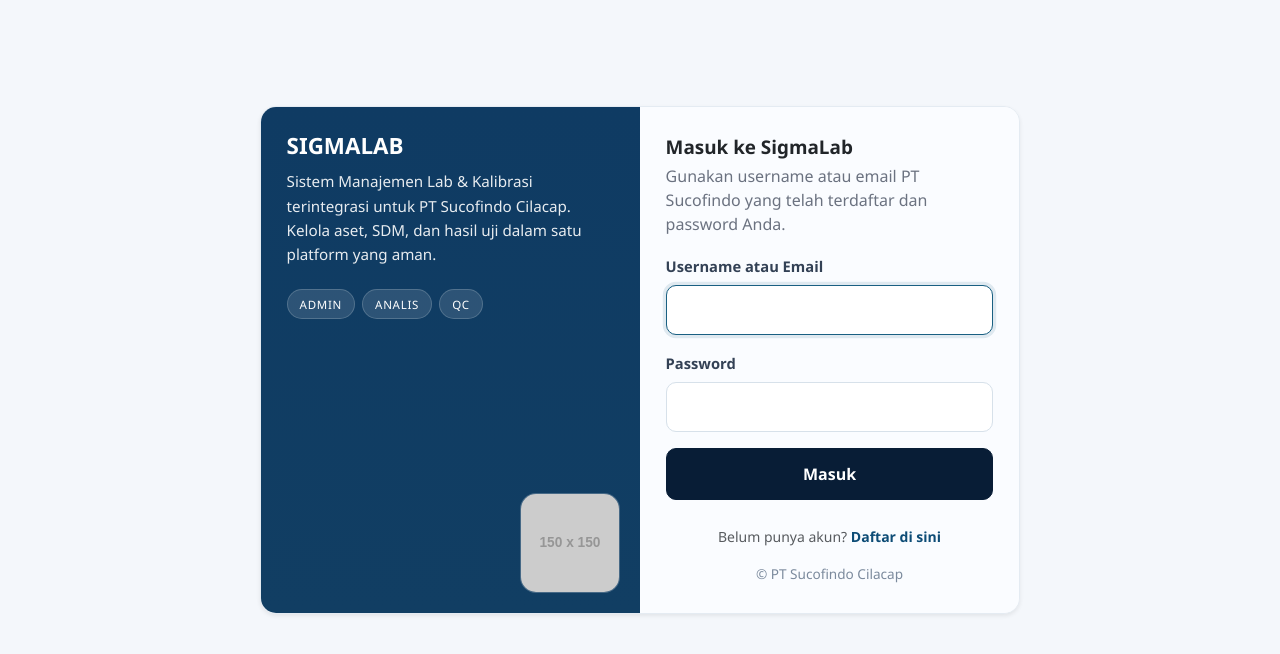
Repository: amelianeesa/sigmalab
Page: http://localhost/login
These files come from the project's save history. The page is drawn as it stood at one moment and after the next save; the edit follows.
The browser window is 1280 px wide. The pictures show the whole page.
The page is served by the project's Laravel application, run on PHP 8.4 with Laravel 12.

Above is the page before, as saved 2026-08-06 08:45:20.

After the next save:
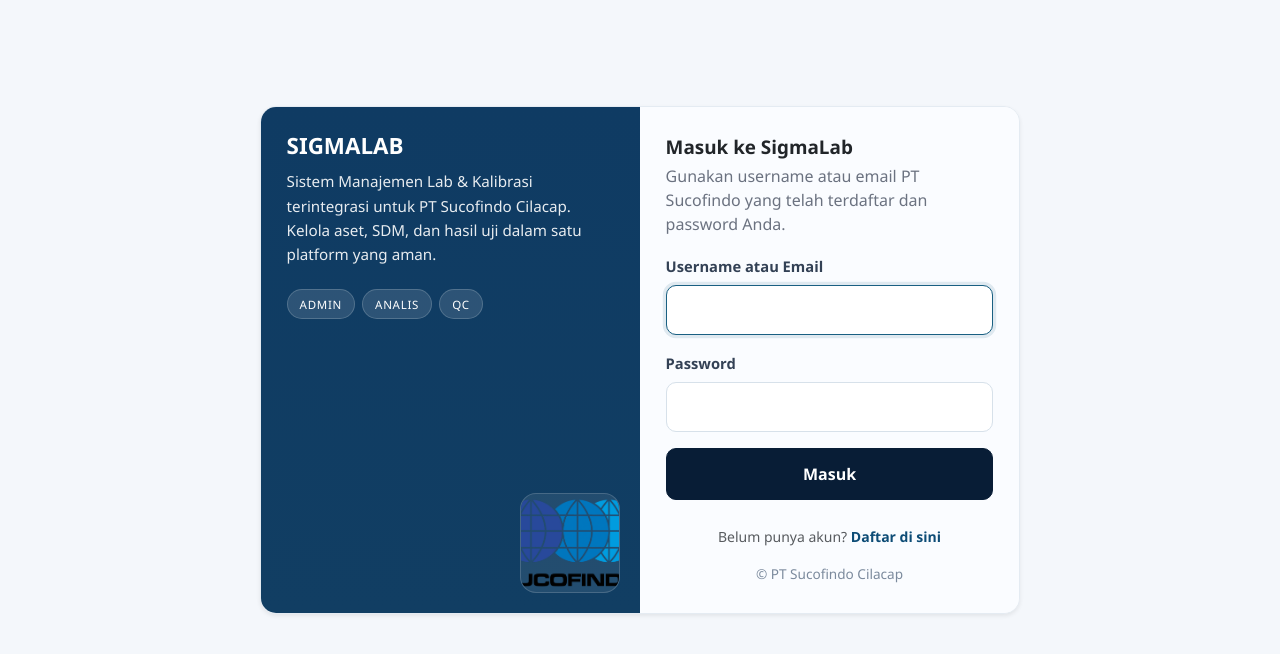
Saved 2 min 3 s later.
--- a/resources/views/auth/login.blade.php
+++ b/resources/views/auth/login.blade.php
@@ -180,7 +180,7 @@
                         </div>
                     </div>
                     <div class="auth-side-image">
-                        <img src="https://via.placeholder.com/150x150.png?text=Logo" alt="Logo Perusahaan">
+<img src="{{ asset('images/logo.png') }}" alt="Logo Perusahaan">
                     </div>
                 </div>
                 <div class="auth-form-panel">
